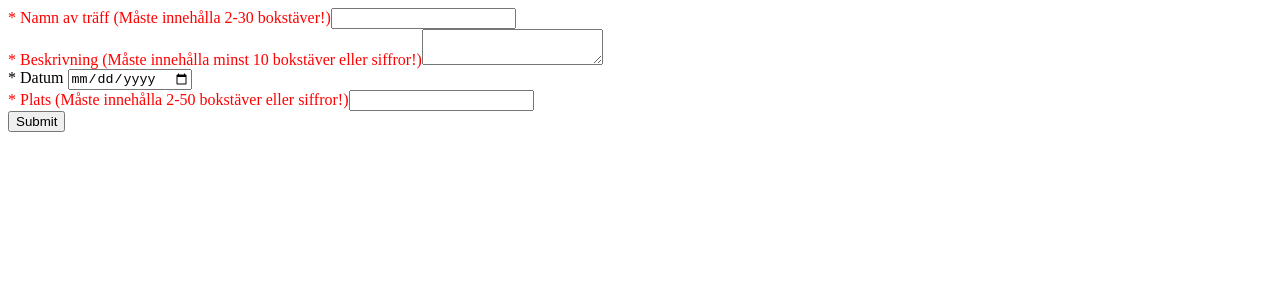
Repository: la222tc/1DV404_HT14_D_4_la222tc
Page: Iteration 2/index.html
The author's editor kept a record of every edit. The page is drawn from the files as they stood at one moment, then again after the next edit.
The browser window is 1280 px wide. The pictures show the whole page.

Above is the page before.

After the next edit:
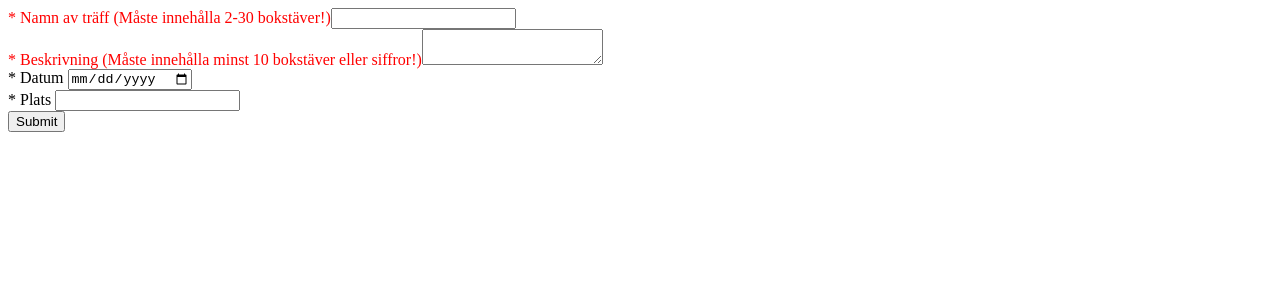
Console error: TypeError: Cannot read properties of null (reading 'style')
The edit:
--- a/Iteration 2/js/Validator.js
+++ b/Iteration 2/js/Validator.js
@@ -57,8 +57,8 @@
         }
 
         else {
-             labelDescription.style.color = "red";
-             labelDescription.innerHTML = "* Beskrivning (Måste innehålla minst 10 bokstäver eller siffror!)";
+             labelDate.style.color = "red";
+             labelDate.innerHTML = "* Beskrivning (Måste innehålla minst 10 bokstäver eller siffror!)";
             console.log("* Beskrivning  Fel!");
 
             Create.countToValid = 0;

After the 6 edits that followed:
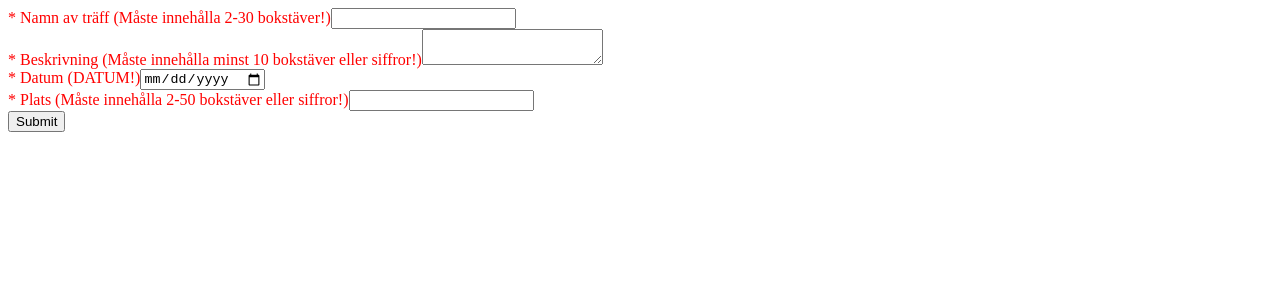
The error is gone.
The 6 edits are shown as one change because 5 left the picture as it was.
The edit:
--- a/Iteration 2/js/Validator.js
+++ b/Iteration 2/js/Validator.js
@@ -45,21 +45,21 @@
     },
 
     validateDate: function (Name) {
-        var labelDate = document.getElementById("labelDate");
+        var labeldate = document.getElementById("labeldate");
 
-        var regex = /^[a-zA-Z0-9 ]{10,500}$/;
+        var regex = /^\d{2}([./-])\d{2}\1\d{4}$/;
 
         if (regex.test(Name)) {
-            labelDate.style.color = "green";
-            labelDate.innerHTML = "* Beskrivning ";
-            console.log("* Beskrivning  Rätt");
+            labeldate.style.color = "green";
+            labeldate.innerHTML = "* Datum ";
+            console.log("* Datum   Rätt");
             Create.countToValid += 1;
         }
 
         else {
-             labelDate.style.color = "red";
-             labelDate.innerHTML = "* Beskrivning (Måste innehålla minst 10 bokstäver eller siffror!)";
-            console.log("* Beskrivning  Fel!");
+             labeldate.style.color = "red";
+             labeldate.innerHTML = "* Datum  (DATUM!)";
+            console.log("* Datum   Fel!");
 
             Create.countToValid = 0;
         }
